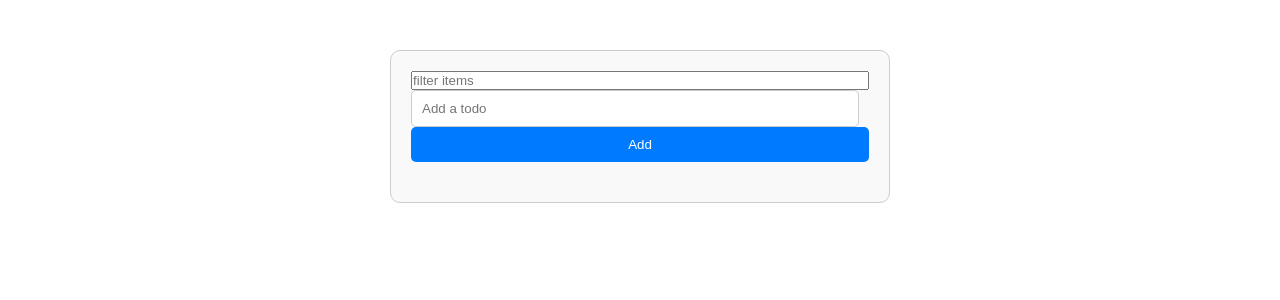
Repository: Fariadd/Vanilla-JS
Page: movieAPI/index.html
These files come from the project's save history. The page is drawn as it stood at one moment and after the next save; the edit follows.
The browser window is 1280 px wide. The pictures show the whole page.

Above is the page before, as saved 2024-10-02 20:23:25.

After the next save:
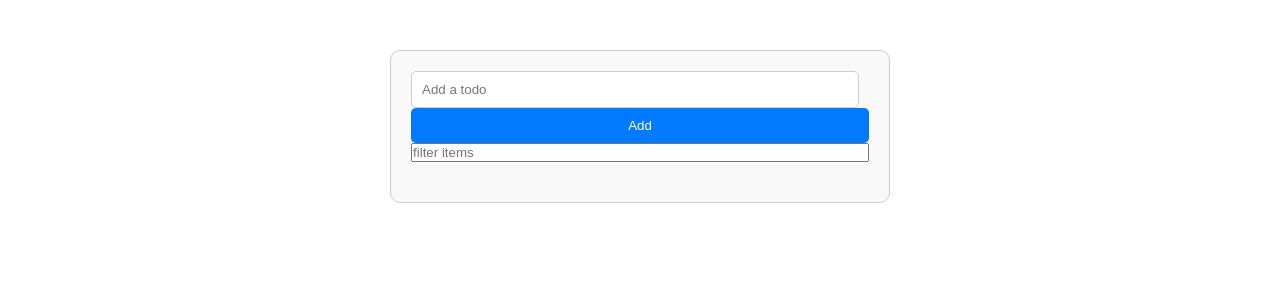
Saved 10 s later.
--- a/movieAPI/index.html
+++ b/movieAPI/index.html
@@ -9,9 +9,9 @@
   <body>
     <div class="container">
       <form class="form" action="">
-        <input type="text" class="filter" placeholder="filter items" />
         <input type="text" placeholder="Add a todo" class="input" />
         <button class="btn" type="submit">Add</button>
+        <input type="text" class="filter" placeholder="filter items" />
       </form>
 
       <ul class="card-list"></ul>
